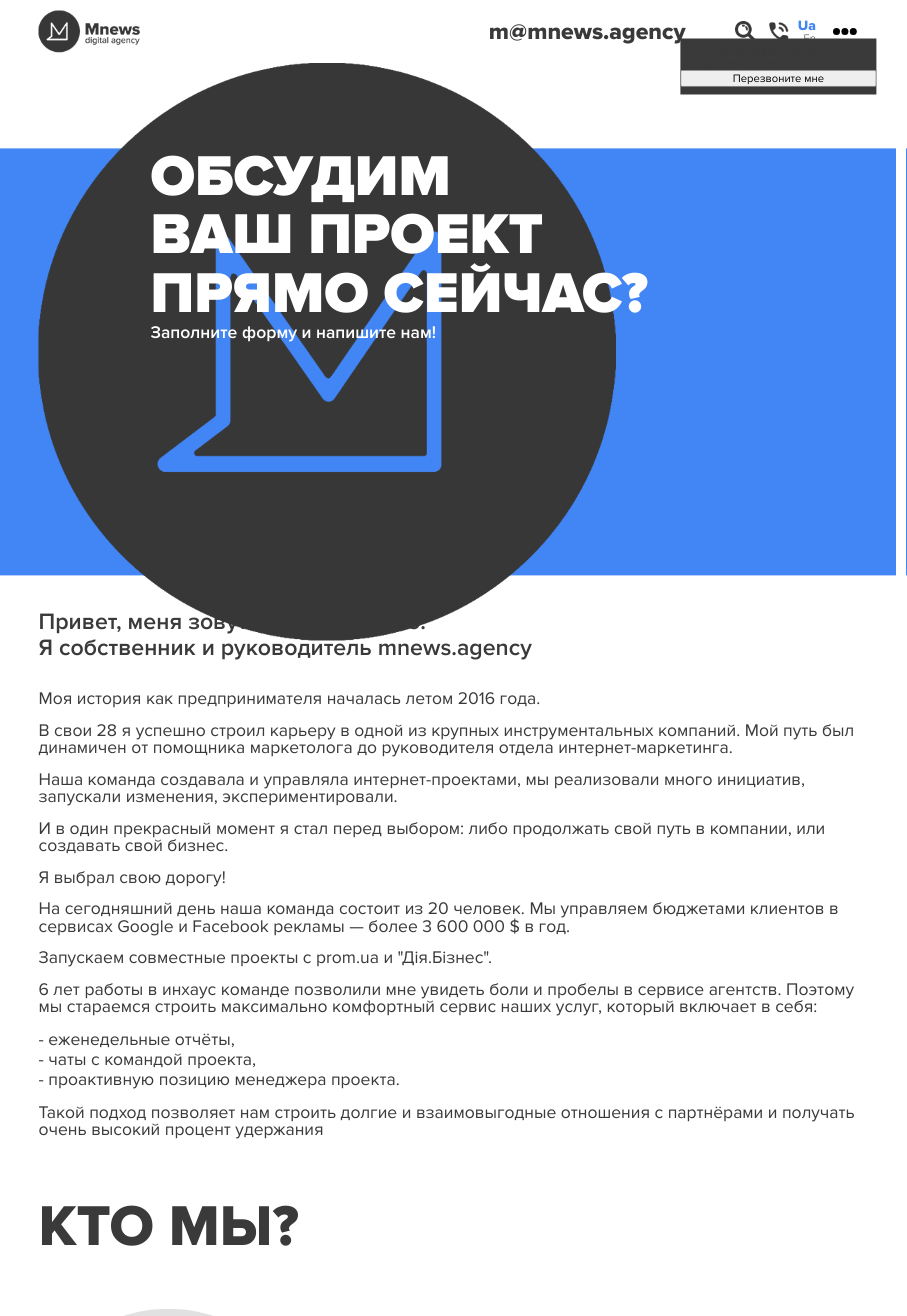
Repository: fanbear/Mnews
Page: request.html
These files come from the project's save history. The page is drawn as it stood at one moment and after the next save; the edit follows.
The browser window is 1280 px wide. The page is 1280 px wide, then 1295 px, so the pictures cover 1295 px, including what lies to the right of the window. The pictures show the part of the page from y = 0 to 1880 px (the page is 10095 px tall), at 70% of full size.
Some web libraries are served in a nearby version.

Above is the page before, as saved 2022-08-11 12:53:49.

After the next save:
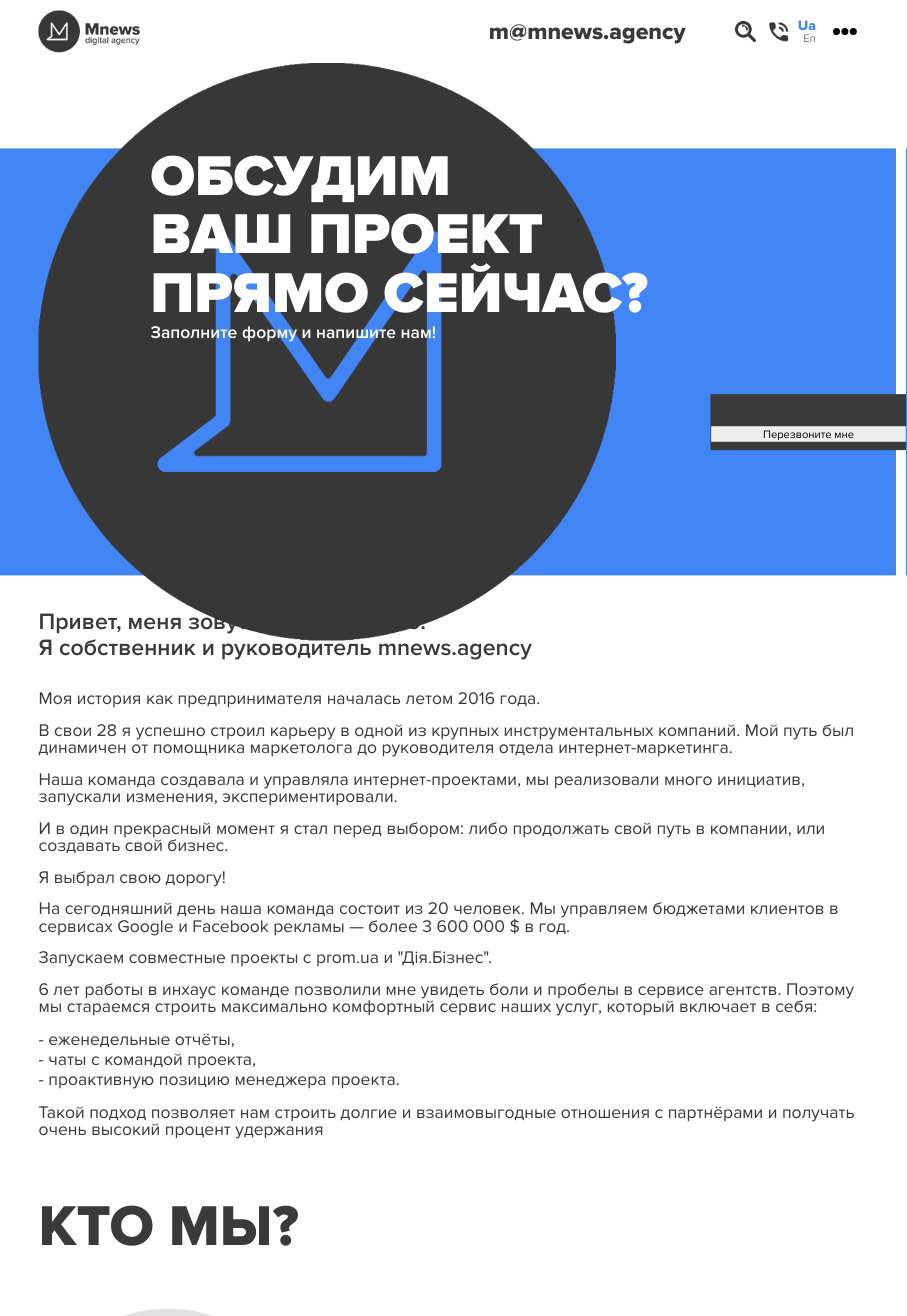
Saved 27 s later.
--- a/request.html
+++ b/request.html
@@ -78,11 +78,11 @@
                     </div>
 
                 </div>
-                <div class="request-page__callback">
-                    <p>Не хотите заполнять бриф?</p>
-                    <span>Мы сделаем это за вас</span>
-                    <button>Перезвоните мне</button>
-                </div>
+            </div>
+            <div class="request-page__callback">
+                <p>Не хотите заполнять бриф?</p>
+                <span>Мы сделаем это за вас</span>
+                <button>Перезвоните мне</button>
             </div>
         </div>
         <div class="about-us__desc container">
